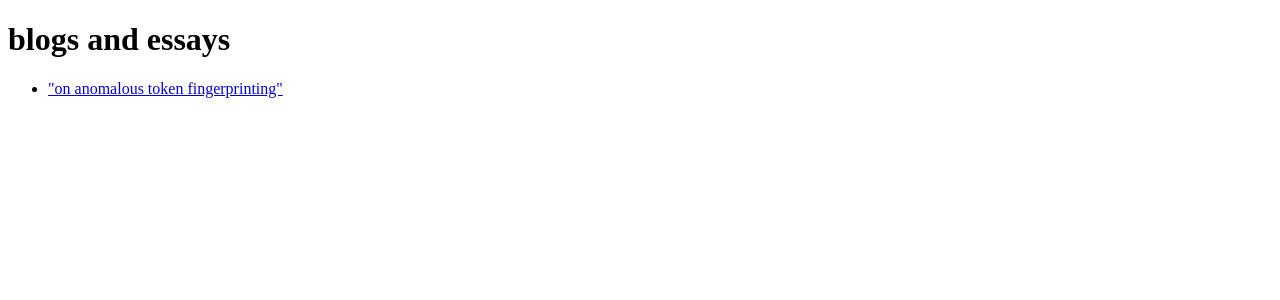
Repository: yellowspots/geneweb
Page: projects.html
These files come from the project's save history. The page is drawn as it stood at one moment and after the next save; the edit follows.
The browser window is 1280 px wide. The pictures show the whole page.

Above is the page before, as saved 2024-05-02 22:01:08.

### projects.html
<!DOCTYPE html>
<html>
<head>
    <title>blogs and essays</title>
</head>
<body>
    <h1>blogs and essays</h1>
    <ul>
        <li><a href="https://medium.com/@yerbymatey/on-anomalous-token-fingerprinting-the-gpt-4-5-hypetrain-and-reading-between-the-lines-26c5d2c9e88b">"on anomalous token fingerprinting"</a></li>
    </ul>
</body>
</html>

After the next save:
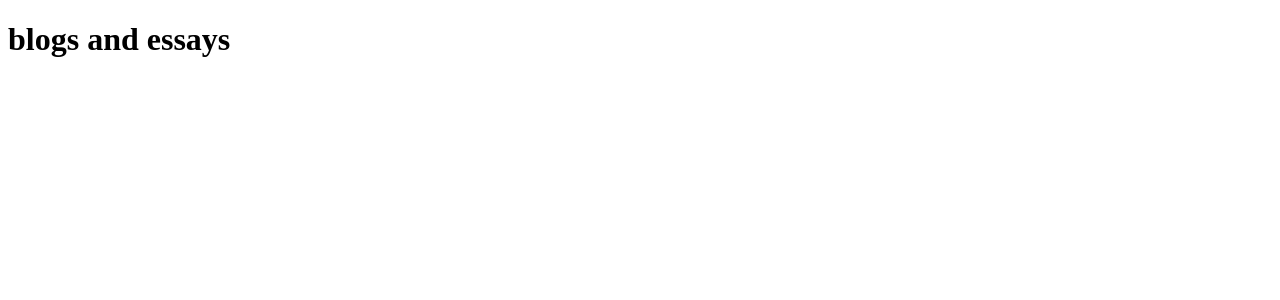
Saved 4 s later.
--- a/projects.html
+++ b/projects.html
@@ -6,7 +6,6 @@
 <body>
     <h1>blogs and essays</h1>
     <ul>
-        <li><a href="https://medium.com/@yerbymatey/on-anomalous-token-fingerprinting-the-gpt-4-5-hypetrain-and-reading-between-the-lines-26c5d2c9e88b">"on anomalous token fingerprinting"</a></li>
     </ul>
 </body>
 </html>

After the save that followed:
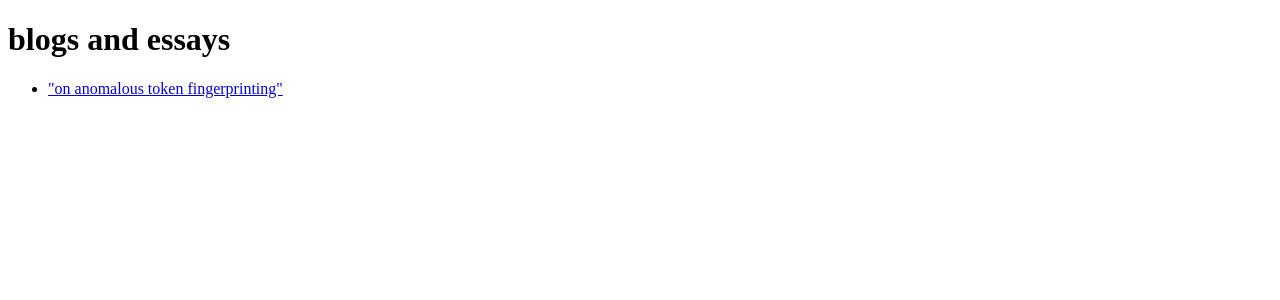
Saved 5 s later.
--- a/projects.html
+++ b/projects.html
@@ -6,6 +6,7 @@
 <body>
     <h1>blogs and essays</h1>
     <ul>
+        <li><a href="https://medium.com/@yerbymatey/on-anomalous-token-fingerprinting-the-gpt-4-5-hypetrain-and-reading-between-the-lines-26c5d2c9e88b">"on anomalous token fingerprinting"</a></li>
     </ul>
 </body>
 </html>
